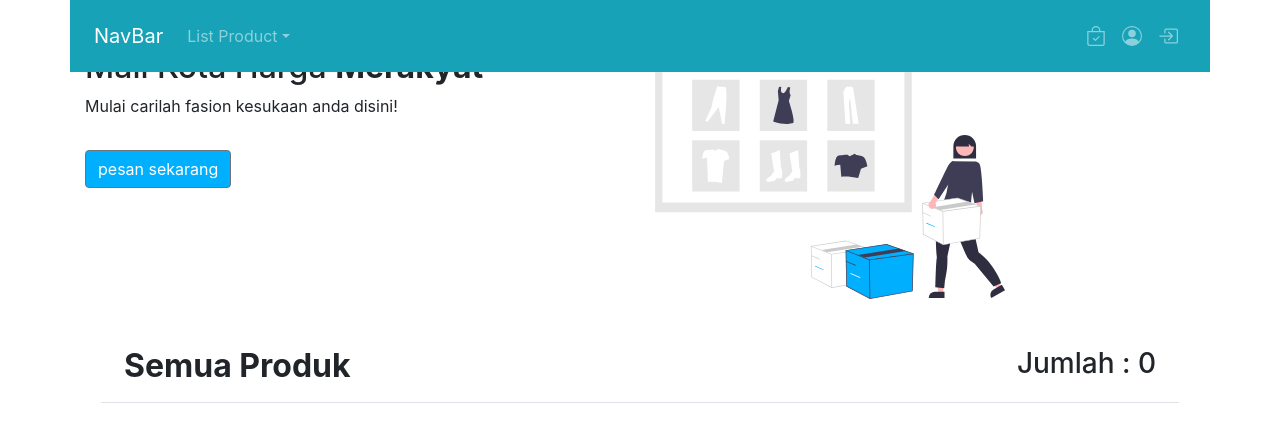
Repository: AHSANS354/ecommerce-catalog
Page: /
The author's editor kept a copy of each file at every save. The page is drawn from the files as they stood at one save, then again after the next save.
The browser window is 1280 px wide. The pictures show the whole page.
The page's requests for data from a server got no answer. The project was rebuilt for these pictures with package versions that can differ from the ones it lists, and the page was loaded fresh each time. No one was signed in, and anything a server would have sent is missing. Also part of the build but not shown: vue.config.js, src/components/CardProduct.vue.

Above is the page before, as saved 2023-03-01 22:47:05.

### src/main.js
import Vue from "vue";
import App from "./App.vue";
import router from "./router";
import { BootstrapVue, IconsPlugin } from "bootstrap-vue";
// Import Bootstrap and BootstrapVue CSS files (order is important)
import "bootstrap/dist/css/bootstrap.css";
import "bootstrap-vue/dist/bootstrap-vue.css";
import "./assets/style/main.css";

// Make BootstrapVue available throughout your project
Vue.use(BootstrapVue);
// Optionally install the BootstrapVue icon components plugin
Vue.use(IconsPlugin);

Vue.config.productionTip = false;

new Vue({
  router,
  render: (h) => h(App),
}).$mount("#app");

### src/App.vue
<template>
  <div id="app">
    <router-view />
  </div>
</template>

### src/assets/style/main.css
.btn.btn-secondary {
  background-color: #00b0ff !important;
}

.card-img-top {
  height: 18rem;
}

.card {
  padding: 2rem;
}

.deskripsi {
  display: -webkit-box;
  -webkit-line-clamp: 3;
  -webkit-box-orient: vertical;
  overflow: hidden;
  text-overflow: ellipsis;
}

.title {
  display: -webkit-box;
  -webkit-line-clamp: 2;
  -webkit-box-orient: vertical;
  overflow: hidden;
  text-overflow: ellipsis;
}

### src/views/HomeView.vue
<template>
  <div class="home">
    <navbar-view />
    <div class="container mt-5">
      <div class="row">
        <div class="col-md-6">
          <h2>Mall Kota Harga <strong>Merakyat</strong></h2>
          <p>Mulai carilah fasion kesukaan anda disini!</p>

          <b-button class="mt-3"> pesan sekarang </b-button>
        </div>
        <div class="col-md-6">
          <img
            src="../assets/images/undraw_web_shopping_re_owap.svg"
            alt="foto"
            width="350"
          />
        </div>
      </div>

      <div class="row border-bottom m-3 p-2">
        <div class="col d-flex justify-content-between mt-4">
          <h2><strong>Semua Produk</strong></h2>
          <h3>
            Jumlah :
            {{ products.length }}
          </h3>
        </div>
      </div>

      <div class="row">
        <div class="col-md-4" v-for="product in products" :key="product.id">
          <card-product :product="product" />
        </div>
      </div>
    </div>
  </div>
</template>

<script>
import NavbarView from "@/components/NavbarView.vue";
import CardProduct from "@/components/CardProduct.vue";
import axios from "axios";
// @ is an alias to /src

export default {
  name: "HomeView",
  components: {
    NavbarView,
    CardProduct,
  },
  data() {
    return {
      products: [],
    };
  },
  methods: {
    setProduct(data) {
      this.products = data;
    },
  },
  mounted() {
    axios
      .get("https://fakestoreapi.com/products")
      .then((response) => this.setProduct(response.data))
      .catch((error) => console.log(error));
  },
};
</script>

### src/components/NavbarView.vue
<template>
  <div class="container p-2 fixed-top bg-info">
    <b-navbar toggleable="lg" type="dark">
      <router-link class="navbar-brand" to="/">NavBar</router-link>

      <b-navbar-toggle target="nav-collapse"></b-navbar-toggle>

      <b-collapse id="nav-collapse" is-nav>
        <b-navbar-nav>
          <b-nav-item-dropdown text="List Product" right>
            <router-link class="dropdown-item" to="/">EN</router-link>
            <router-link class="dropdown-item" to="/">ES</router-link>
            <router-link class="dropdown-item" to="/">RU</router-link>
            <router-link class="dropdown-item" to="/">FA</router-link>
          </b-nav-item-dropdown>
        </b-navbar-nav>

        <!-- Right aligned nav items -->
        <b-navbar-nav class="ml-auto">
          <router-link to="/"
            ><b-nav-item><b-icon-bag-check></b-icon-bag-check></b-nav-item
          ></router-link>
          <router-link to="/"
            ><b-nav-item
              ><b-icon-person-circle></b-icon-person-circle></b-nav-item
          ></router-link>
          <router-link to="/"
            ><b-nav-item
              ><b-icon-box-arrow-in-right></b-icon-box-arrow-in-right></b-nav-item
          ></router-link>
        </b-navbar-nav>
      </b-collapse>
    </b-navbar>
  </div>
</template>

<script>
export default {
  name: "NavbarView",
};
</script>

<style>
</style>

Loaded but not shown: public/index.html (common file); src/router/index.js (common file)

After the next save:
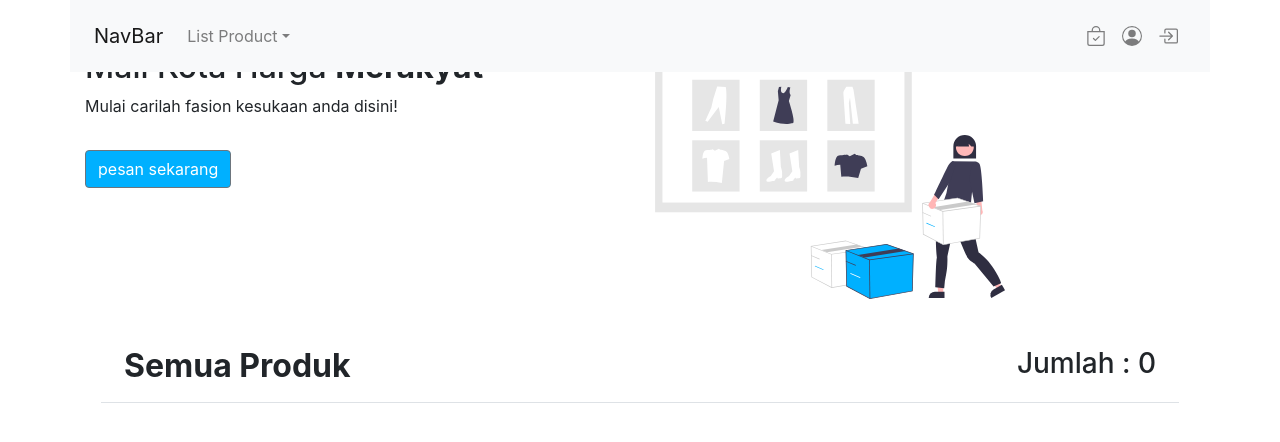
Saved 29 s later.
--- a/src/components/NavbarView.vue
+++ b/src/components/NavbarView.vue
@@ -1,6 +1,6 @@
 <template>
-  <div class="container p-2 fixed-top bg-info">
-    <b-navbar toggleable="lg" type="dark">
+  <div class="container p-2 fixed-top bg-light">
+    <b-navbar toggleable="lg" type="light">
       <router-link class="navbar-brand" to="/">NavBar</router-link>
 
       <b-navbar-toggle target="nav-collapse"></b-navbar-toggle>
